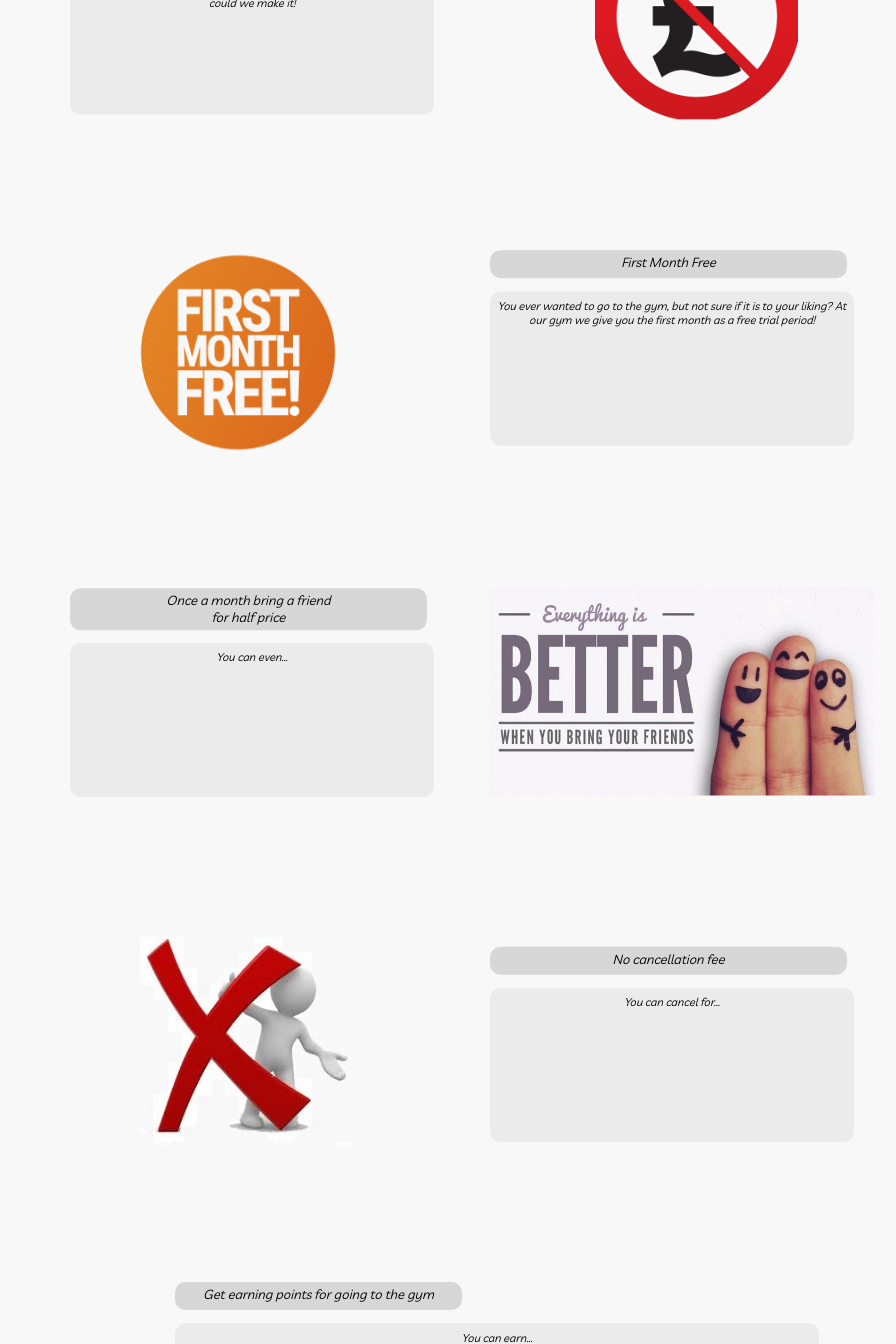
Repository: RicardoAzuul/the_fitness_hub
Page: membership_benefits.html
The author's editor kept a record of every edit. The page is drawn from the files as they stood at one moment, then again after the next edit.
The browser window is 1280 px wide. The pictures show the part of the page from y = 1348 to 3268 px (the page is 3556 px tall), at 70% of full size.
Some web fonts or font styles are not loaded; a fallback is used.

Above is the page before.

### membership_benefits.html
<!DOCTYPE html>
<html>
    <head>
        <meta charset="UTF-8">
        <meta name="viewport" content="width=device-width, initial-scale=1.0">
        <meta http-equiv="X-UA-Compatible" content="ie=edge">
        <title>The Fitness Hub</title>
        <link rel="stylesheet" href="https://cdnjs.cloudflare.com/ajax/libs/font-awesome/4.7.0/css/font-awesome.min.css">
        <link rel="stylesheet" href="css/style.css" type="text/css">
        <link href="https://fonts.googleapis.com/css?family=Livvic&display=swap" rel="stylesheet">
        <link href="https://fonts.googleapis.com/css?family=Quicksand&display=swap" rel="stylesheet">
        <link href="https://fonts.googleapis.com/css?family=Turret+Road&display=swap" rel="stylesheet">
    </head>
    <body>
        <header>
            <div class="navbar">
           <div class="dropdown">
           <button class="dropbtn">Menu
           <i class="fa fa-bars"></i>
           </button>
           <div class="dropdown-content">
           <a href="index.html">Home</a>
           <a href="join_now.html">Join Now</a>
           <a href="classes.html">Classes</a>
           <a href="equipment.html">Equipment/Facilities</a>
           <a href="membership_benefits.html">Membership Benefits</a>
           <a href="help_and_contact.html">Help & Contact</a>
           </div>
           </div>
           <a href="index.html" class="logo"><b style="font-size: 20px;color: white;">The Fitness Hub
           <i class="fa fa-heartbeat"></i></b>
           </a>
           <div class="front-social">
           <i class="fa fa-facebook-square"></i>
           <i class="fa fa-instagram"></i>
           <i class="fa fa-twitter-square"></i>
           </div>
           </div>
           </header>
           <section>

               <h2 class="memb_header">Membership Benefits</h2>
               <img src="images/account-frozen.jpg" alt="frozen" class="frozen">
                   <h3 class="memb_title">Freeze your account</h3>
                   <div class="benefits">
                   <em>Your not able to get to the gym for a while<br>
                   and do not want to be charged the full price?<br>
                   As a member you can freeze your account for just £3 a month.<br>
                   One phone call and your account is frozen.<br>
                   Contact our team on 01234 555897.</em>
               </div>

               <img src="images/25-off.jpg" alt="discount" class="discount">
               <h3 class="memb_title2">Get a personal trainer for a discount of 25%</h3>
               <div class="benefits2">
              <em>When you become a member at our gym you will get a 25% discount on any personal trainer
              of your choice.</em>
               </div>

               <img src="images/no-pound.jpg" alt="no_money" class="no_money">
               <h3 class="memb_title3">No sign up fee</h3>
               <div class="benefits3">
                   <em>There is no signing up fee when you join our gym.
                   All you need to do is fill out the application form and your a member.
                   I know how easy could we make it!</em>
               </div>

               <img src="images/first-month-free.jpg" alt="first_month" class="first_month">
               <h3 class="memb_title4">First Month Free</h3>
               <div class="benefits4">
                   <em>You ever wanted to go to the gym, but not sure if it is to your liking?
                   At our gym we give you the first month as a free trial period!</em>
               </div>

               <img src="images/bring-a-friend.jpg" alt="friend" class="friend">
               <h3 class="memb_title5">Once a month bring a friend<br> for half price</h3>
               <div class="benefits5">
                   <em>You can even...</em>
               </div>

               <img src="images/negative.jpg" alt="negative" class="negative">
               <h3 class="memb_title6">No cancellation fee</h3>
               <div class="benefits6">
                   <em>You can cancel for...</em>
               </div>

               <h3 class="memb_title7">Get earning points for going to the gym</h3>
               <div class="benefits7">
                   <em>You can earn...</em><br>
                   <div class="star_points">
                   <i class="fa fa-star"></i><i class="fa fa-star"></i><i class="fa fa-star"></i><i class="fa fa-star"></i><i class="fa fa-star"></i>
                   </div>
               </div>
               <br><br>
           </section>
           <footer>
           <div id="footer-details" class="row">
           <a href="index.html">Home</a>
           <a href="join_now.html">Join Now</a>
           <a href="classes.html">Classes</a>
           <a href="equipment.html">Equipment/Facilities</a>
           <a href="help_and_contact.html">Help & Contact</a>
           </footer>
           </body>
           </html>

Loaded but not shown: css/style.css (1271 lines, source omitted)

After the next edit:
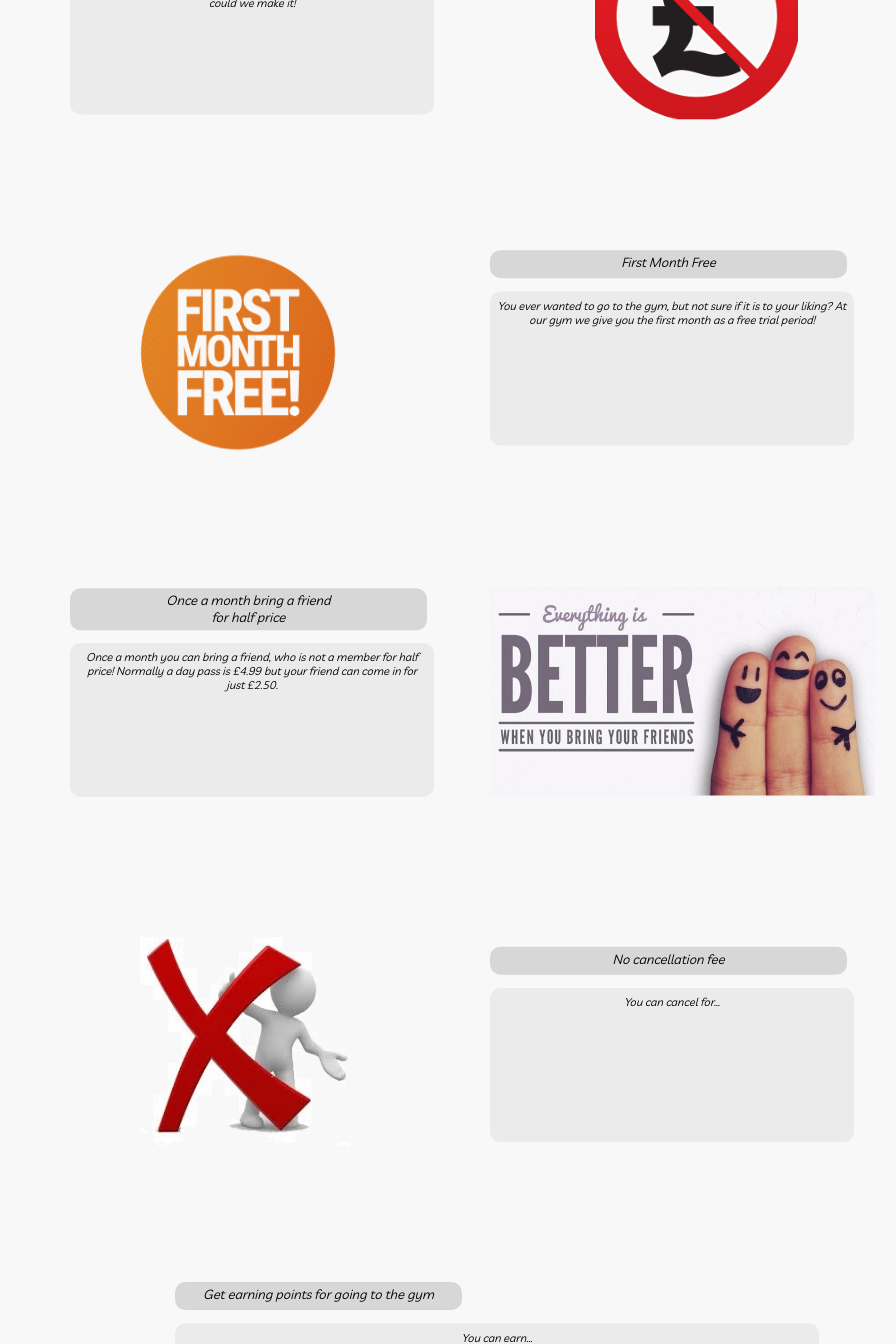
The edit:
--- a/membership_benefits.html
+++ b/membership_benefits.html
@@ -75,7 +75,8 @@
                <img src="images/bring-a-friend.jpg" alt="friend" class="friend">
                <h3 class="memb_title5">Once a month bring a friend<br> for half price</h3>
                <div class="benefits5">
-                   <em>You can even...</em>
+                   <em>Once a month you can bring a friend, who is not a member for half price!
+                   Normally a day pass is £4.99 but your friend can come in for just £2.50.</em>
                </div>
 
                <img src="images/negative.jpg" alt="negative" class="negative">
